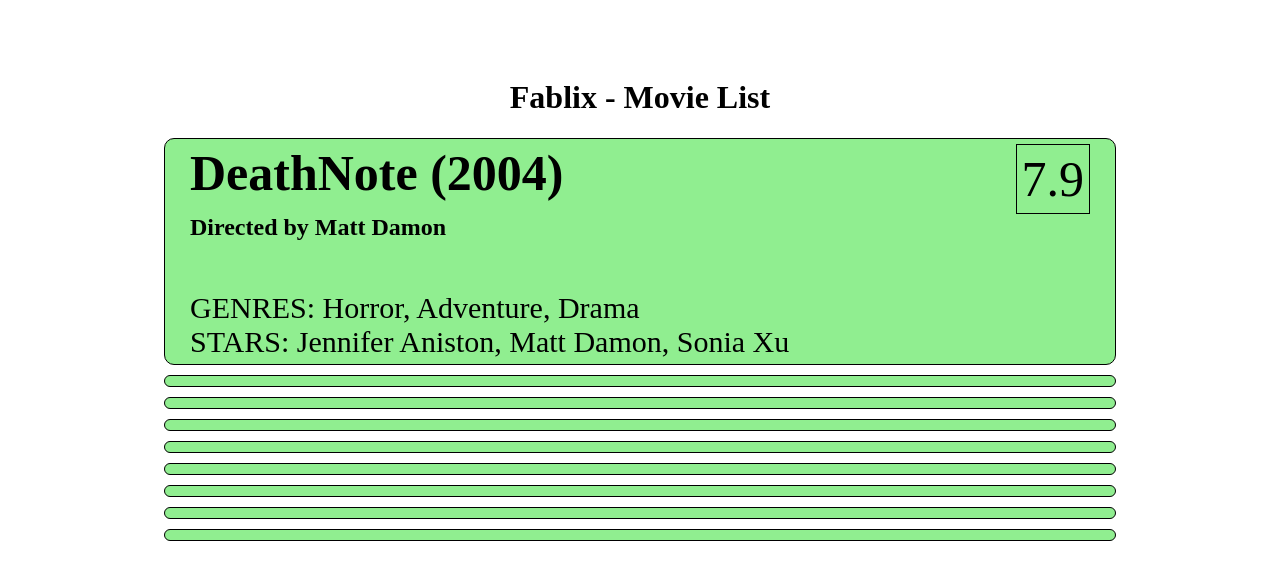
Repository: csumphan/fablix
Page: http://localhost/Project1/
The author's editor kept a copy of each file at every save. The page is drawn from the files as they stood at one save, then again after the next save.
The browser window is 1280 px wide. The pictures show the whole page.
The page is served by Tomcat 9. Nobody is signed in. The application's start-up code is not run. Other server files are loaded and not shown.

Above is the page before, as saved 2018-01-23 00:14:54.

### Project1/WebContent/index.html
<!DOCTYPE html>
<html>
<head>
<meta charset="UTF-8">
<title>Insert title here</title>
<link type="text/css" href="styles.css" rel="stylesheet"/>
</head>
<body>
	<h1>Fablix - Movie List</h1>
	<div id="movie-list-container">
		<div class="movie-item">
			<div class="header-container">
				<h1>DeathNote <span>(2004)</span></h1>
				<div class="rating">7.9</div>
			</div>
			<div class="sub-header-container">
				<h2>Directed by Matt Damon</h2>
			</div>
			<div class="info-container">
				<div class="genres-container">
					GENRES: Horror, Adventure, Drama
				</div>
				<div class="stars-container">
					STARS: Jennifer Aniston, Matt Damon, Sonia Xu
				</div>
			</div>
		</div>
		<div class="movie-item"></div>
		<div class="movie-item"></div>
		<div class="movie-item"></div>
		<div class="movie-item"></div>
		<div class="movie-item"></div>
		<div class="movie-item"></div>
		<div class="movie-item"></div>
		<div class="movie-item"></div>
	</div>
</body>
</html>

### Project1/WebContent/styles.css
body {
	padding: 50px;
	display: flex;
	justify-content: center;
	align-items: center;
	flex-direction: column;
	background-color: white;
}
#movie-list-container {
	width: 1000px;
	display: flex;
	justify-content: center;
	align-items: center;
	flex-direction: column;
}

.movie-item {
	width: 900px;
	border-radius: 10px;
	border: 1px solid black;
	background-color: lightgreen;
	margin-bottom: 10px;
	padding: 5px 25px;
}

.header-container {
	display: flex;
	justify-content: space-between;
}

.header-container > h1 {
	margin: 0px;
	font-size: 50px;
}

.sub-header-container > h2 {
	margin: 0px;
}

.info-container {
	font-size: 30px;
	margin-top: 50px;
	display: flex;
	flex-direction: column;
}

.rating {
	font-size: 50px;
	border: 1px solid black;
	padding: 5px;
}

.genres-container {
	width: 100%;
}

.stars-container {
	width: 100%;
}

After the next save:
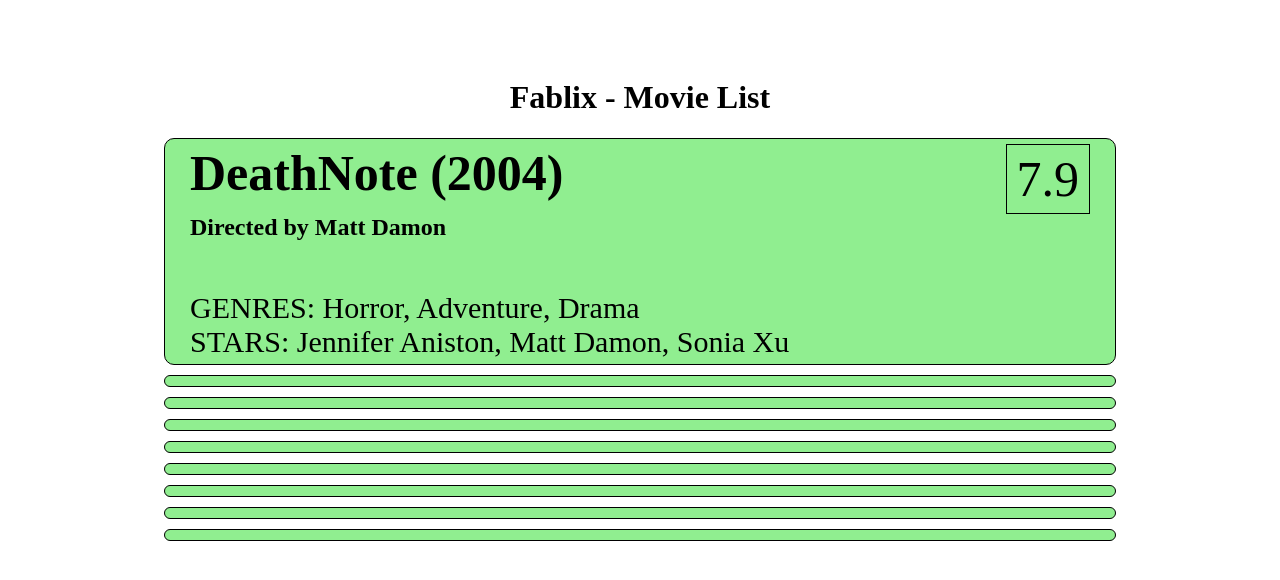
Saved 10 s later.
--- a/Project1/WebContent/styles.css
+++ b/Project1/WebContent/styles.css
@@ -47,7 +47,7 @@
 .rating {
 	font-size: 50px;
 	border: 1px solid black;
-	padding: 5px;
+	padding: 5px 10px;
 }
 
 .genres-container {
